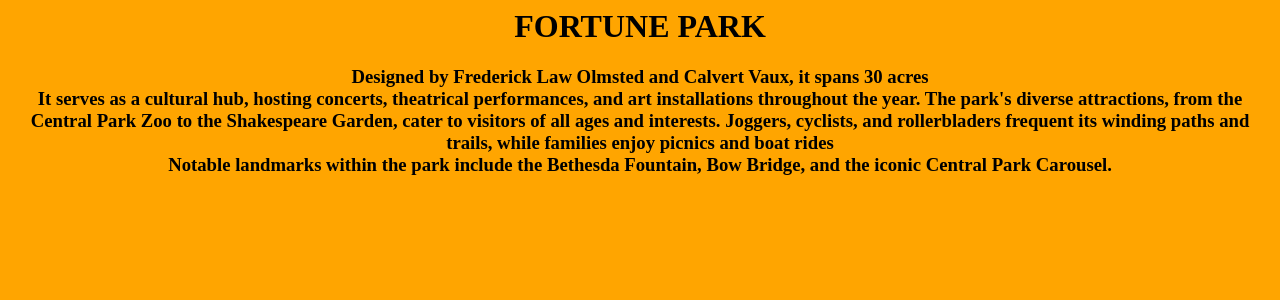
Repository: Oviya24032K6/NearMe
Page: ovi/surveyapp/static/FORTUNE PARK.html
These files come from the project's save history. The page is drawn as it stood at one moment and after the next save; the edit follows.
The browser window is 1280 px wide. The pictures show the whole page.

Above is the page before, as saved 2024-03-25 22:59:07.

After the next save:
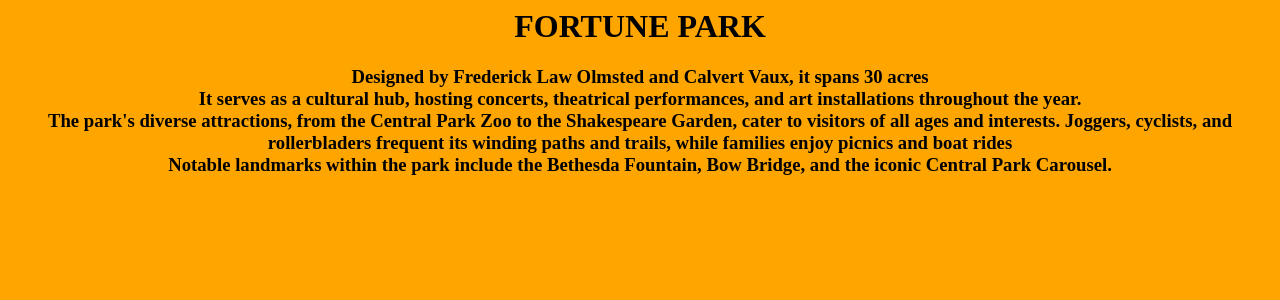
Saved 25 s later.
--- a/ovi/surveyapp/static/FORTUNE PARK.html
+++ b/ovi/surveyapp/static/FORTUNE PARK.html
@@ -8,7 +8,7 @@
 		<h1 align="center" >FORTUNE PARK</h1>
         <h3 align="center">Designed by Frederick Law Olmsted and Calvert Vaux, it spans 30 acres
             <br>It serves as a cultural hub, hosting concerts, theatrical performances, and art installations throughout the year.
-            The park's diverse attractions, from the Central Park Zoo to the Shakespeare Garden, cater to visitors of all ages and interests.
+            <br>The park's diverse attractions, from the Central Park Zoo to the Shakespeare Garden, cater to visitors of all ages and interests.
             Joggers, cyclists, and rollerbladers frequent its winding paths and trails, while families enjoy picnics and boat rides
             <br>Notable landmarks within the park include the Bethesda Fountain, Bow Bridge, and the iconic Central Park Carousel.
 	</body>
